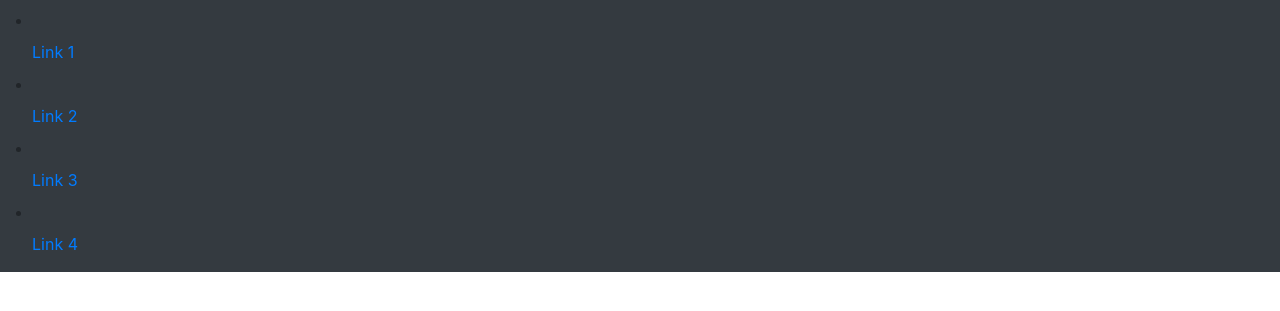
Repository: djzaragoza/bzbeemama
Page: index.html
An editor plug-in stored every save of this project. The page is shown before and after a run of saves, followed by the edit.
The browser window is 1280 px wide. The pictures show the whole page.
Some web libraries are served in a nearby version.

Above is the page before, as saved 2020-04-06 07:12:57.

### index.html
<!DOCTYPE html>

    <head>
        <title>BzBeeMama</title>
        <meta charset="UTF-8">
        <meta name="viewport" content="width=device-width, initial-scale=1.0">
        <script src="https://code.jquery.com/jquery-2.1.3.min.js"></script>

        <link rel="stylesheet" href="index.css">
        <link rel="stylesheet" href="https://stackpath.bootstrapcdn.com/bootstrap/4.4.1/css/bootstrap.min.css" integrity="sha384-Vkoo8x4CGsO3+Hhxv8T/Q5PaXtkKtu6ug5TOeNV6gBiFeWPGFN9MuhOf23Q9Ifjh" crossorigin="anonymous">

    </head>

    <body>
        <!-- bg-priary, bg-success, bg-warning, bg-info, and bg-danger-->
        <nav class="navbar navbar-expand-md navbar-dark bg-dark">

            <span class=""

            <ul class="navbar-nav">
                <li class="nav-item">
                    <a class="nav-link" href="#">Link 1</a>
                </li>
                <li class="nav-item">
                    <a class="nav-link" href="#">Link 2</a>
                </li>
                <li class="nav-item">
                    <a class="nav-link" href="#">Link 3</a>
                </li>
                <li class="nav-item">
                    <a class="nav-link" href="#">Link 4</a>
                </li>
            </ul>





    </body>




















</html>

### index.css
@import url('https://fonts.googleapis.com/css?family=Montserrat');

body {
    max-width: 100%;
    font-family: 'Montserrat', sans-serif;
}

After the next 6 saves:
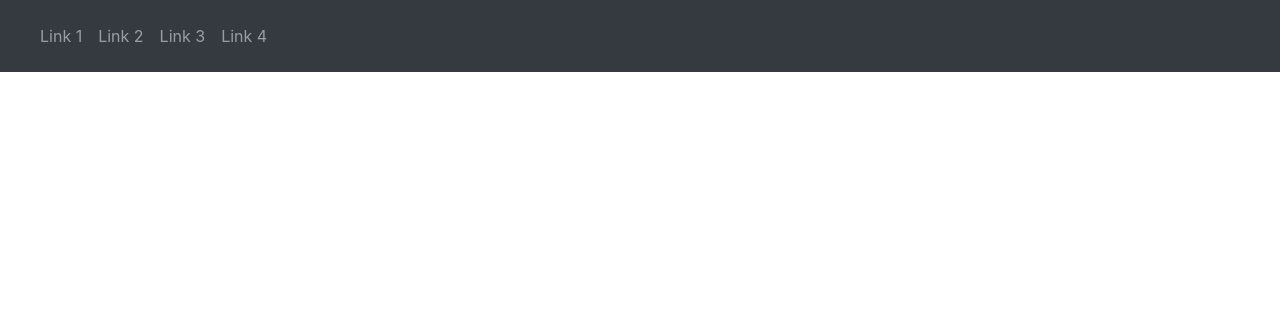
The 6 saves are shown as one change because they came seconds apart.
The last was saved 16 s later.
--- a/index.html
+++ b/index.html
@@ -15,7 +15,8 @@
         <!-- bg-priary, bg-success, bg-warning, bg-info, and bg-danger-->
         <nav class="navbar navbar-expand-md navbar-dark bg-dark">
 
-            <span class=""
+            <span class="navbar navbar-expand-md navbar-dark bg-dark">
+
 
             <ul class="navbar-nav">
                 <li class="nav-item">
